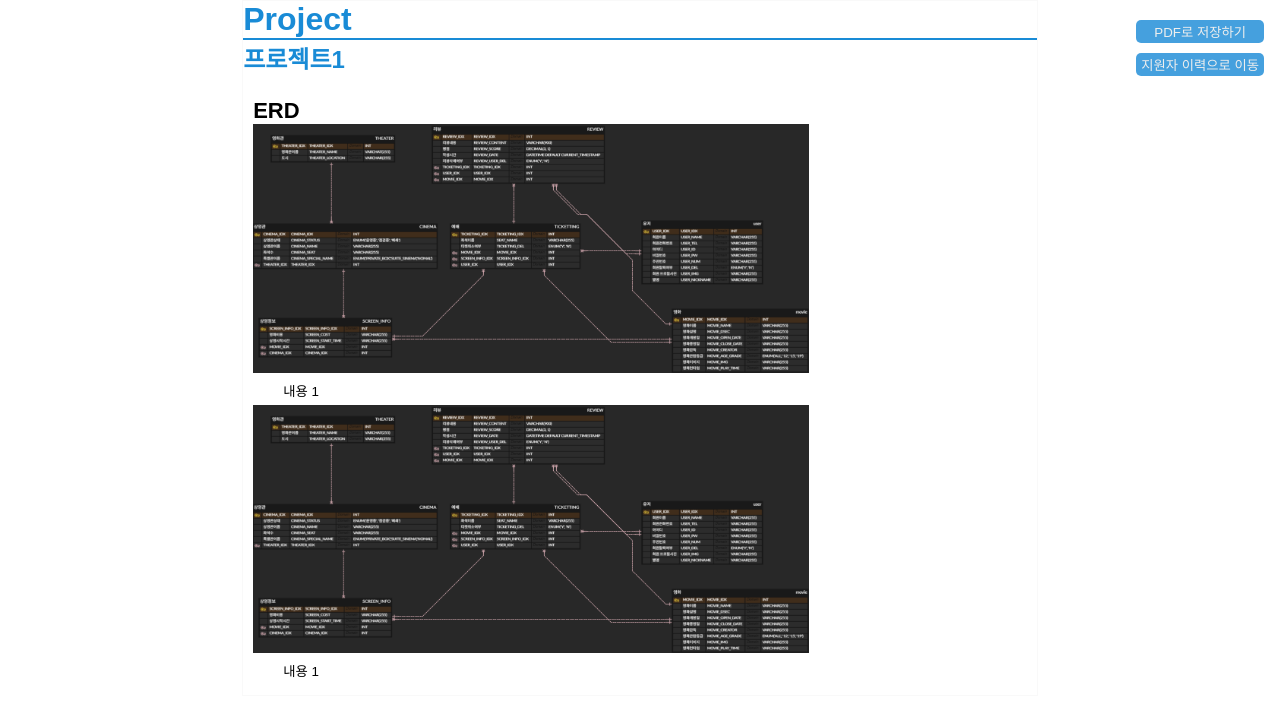
Repository: DooBae-KR/MySelf
Page: /project
The author's editor kept a copy of each file at every save. The page is drawn from the files as they stood at one save, then again after the next save.
The browser window is 1280 px wide. The pictures show the whole page.
The project was rebuilt for these pictures with package versions that can differ from the ones it lists, and the page was loaded fresh each time. Also part of the build but not shown: src/data/MyInform.js, src/pages/Myself.js.

Above is the page before, as saved 2025-07-24 17:05:58.

After the next save:
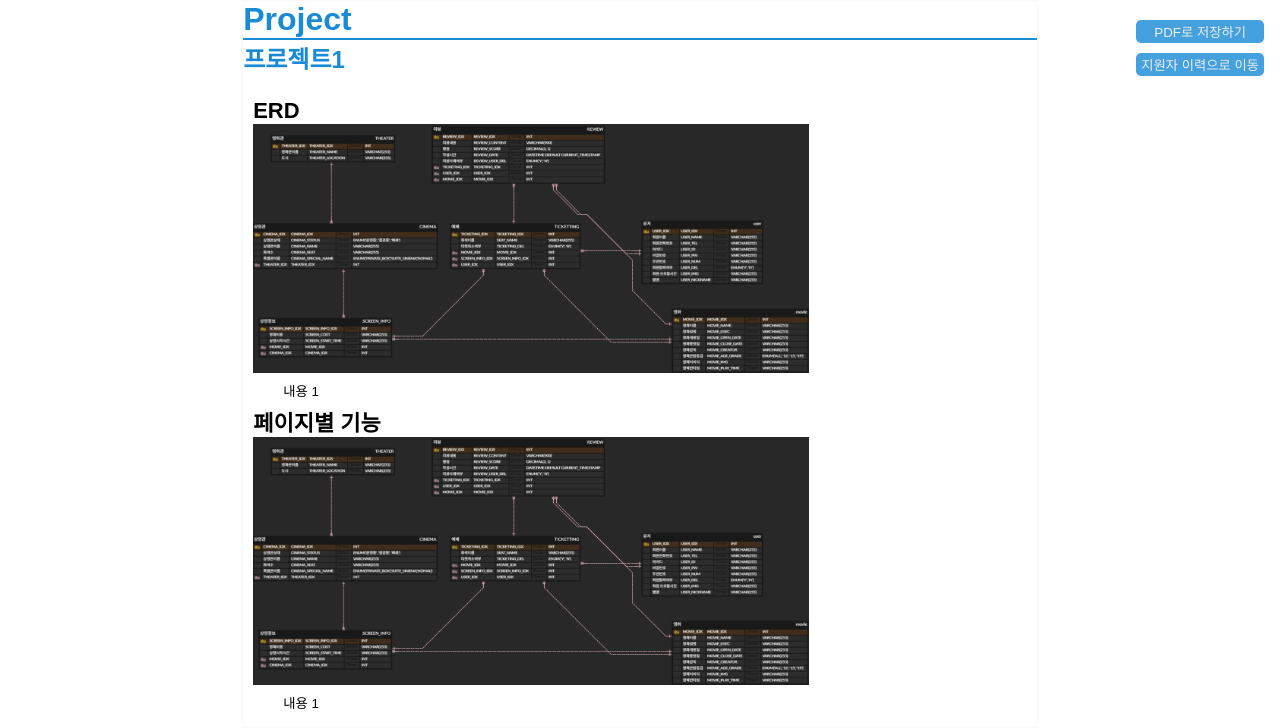
Saved 119 s later.
--- a/src/pages/Project.js
+++ b/src/pages/Project.js
@@ -17,7 +17,9 @@
                                 <img src={pr1ERD} className="prImg"/>
                                 <pre>내용 1</pre>
                             </dt>
+                            <h2>페이지별 기능 </h2>
                             <dt>
+                                <pt></pt>
                                 <img src={pr1ERD} className="prImg"/>
                                 <pre>내용 1</pre>
                             </dt>
